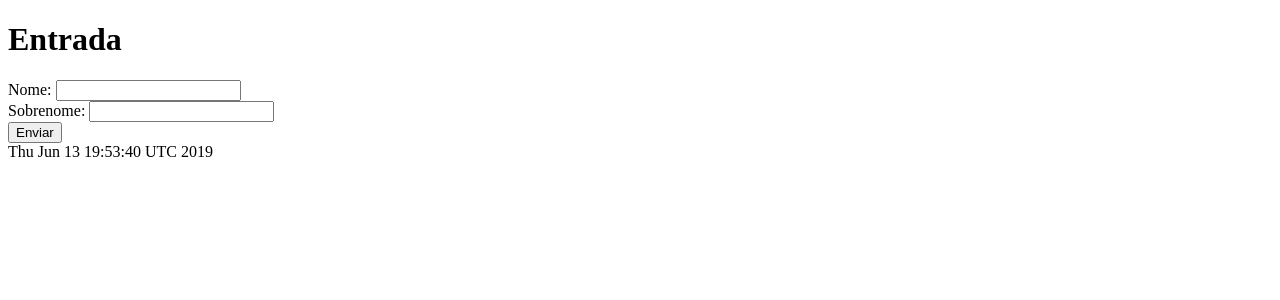
Repository: Edd002/Desenvolvimento-Web-Back-end-workspace
Page: http://localhost/LabExtra/entrada.jsp
The author's editor kept a copy of each file at every save. The page is drawn from the files as they stood at one save, then again after the next save.
The browser window is 1280 px wide. The pictures show the whole page.
The page is served by Tomcat 9.

Above is the page before, as saved 2019-06-16 21:09:29.

After the next save:
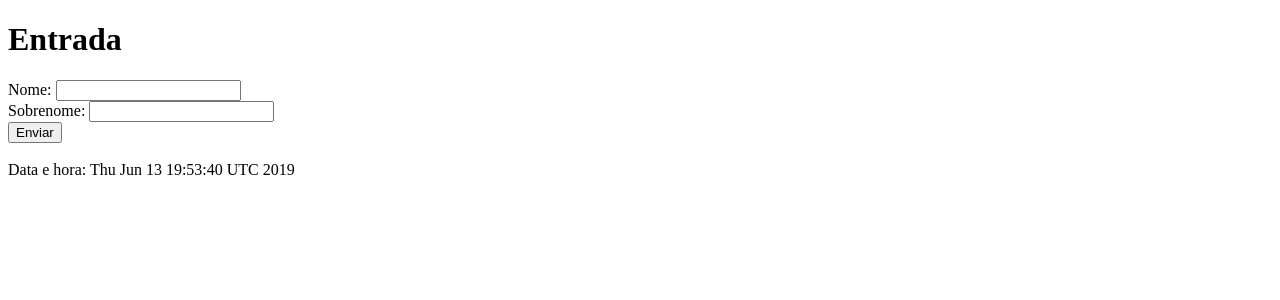
Saved 26 s later.
--- a/LabExtra/WebContent/entrada.jsp
+++ b/LabExtra/WebContent/entrada.jsp
@@ -14,9 +14,9 @@
 
 		<input type="submit" value="Enviar">
 
-		<br>
+		<br><br>
 
-		<%@ include file="WEB-INF/data.jsp" %>
+		<label>Data e hora: </label><%@ include file="WEB-INF/data.jsp" %>
 	</form>
 </body>
 </html>
